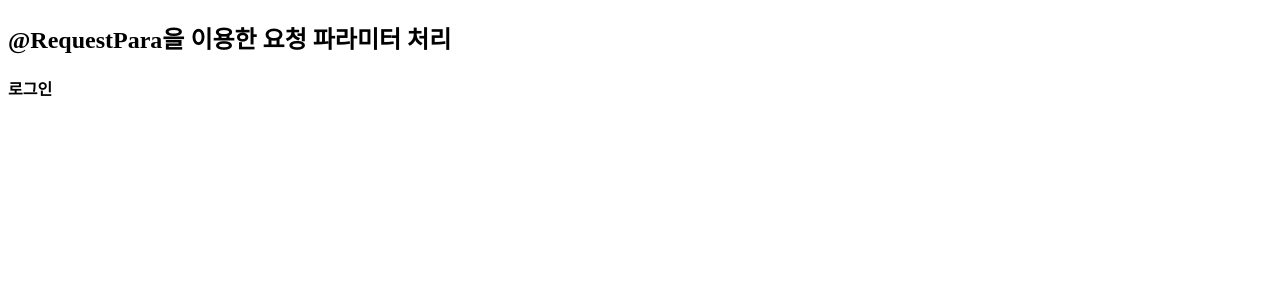
Repository: fellownew/framework_workspace
Page: http://localhost/spring_mvc_03_annotation/param/requestForm.do
These files come from the project's save history. The page is drawn as it stood at one moment and after the next save; the edit follows.
The browser window is 1280 px wide. The pictures show the whole page.
The page is served by Tomcat 9. Other server files are loaded and not shown.

Above is the page before, as saved 2015-05-13 07:15:04.

### spring_mvc_03_annotation/WebContent/WEB-INF/view/request_form.jsp
<%@ page contentType="text/html;charset=UTF-8"%>
<!DOCTYPE html>
<html>
<head>
<meta charset="UTF-8">
<title>request_form</title>
</head>
<body>
<h2>@RequestPara을 이용한 요청 파라미터 처리</h2>
<h4>로그인</h4>
	<form action="" method="post">


	</form>

</body>
</html>

After the next save:
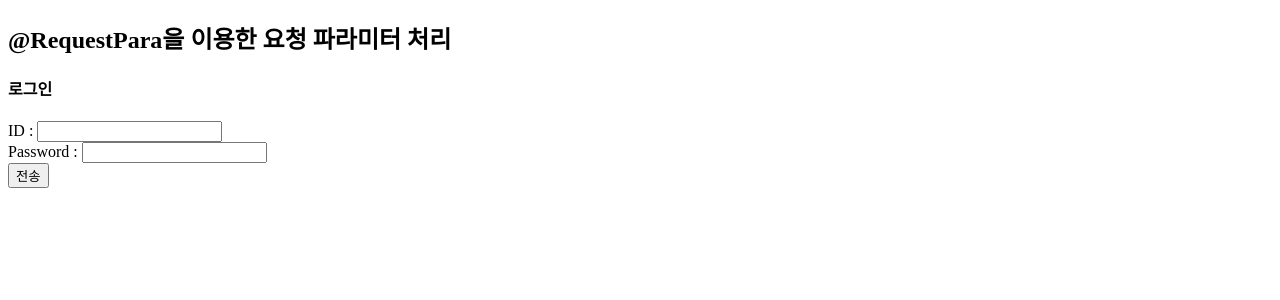
Saved 60 s later.
--- a/spring_mvc_03_annotation/WebContent/WEB-INF/view/request_form.jsp
+++ b/spring_mvc_03_annotation/WebContent/WEB-INF/view/request_form.jsp
@@ -9,7 +9,9 @@
 <h2>@RequestPara을 이용한 요청 파라미터 처리</h2>
 <h4>로그인</h4>
 	<form action="" method="post">
-
+		ID : <input type="text" name="id"><br>
+		Password : <input type="text" name="password"><br>
+		<input type="submit" value="전송">
 
 	</form>
 
